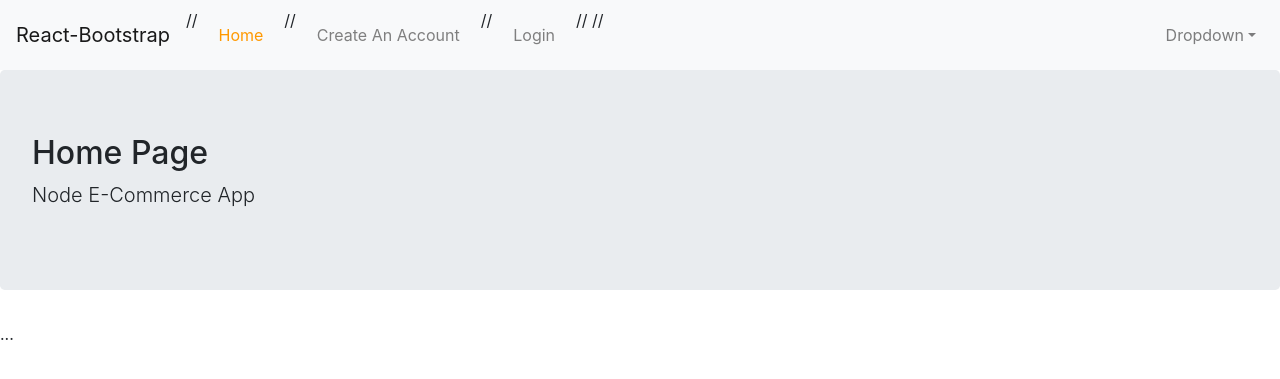
Repository: Awhit-commits/ecommerce_app_medium
Page: / (app in client/)
The author's editor kept a copy of each file at every save. The page is drawn from the files as they stood at one save, then again after the next save.
The browser window is 1280 px wide. The pictures show the whole page.
The project was rebuilt for these pictures with package versions that can differ from the ones it lists, and the page was loaded fresh each time. Also part of the build but not shown: client/src/App.css, client/src/component/Auth/Login/LoginForm.jsx, client/src/component/Auth/Sign Up/SignUpForm.jsx, client/src/component/Dashboard/UserDashboard.jsx, client/src/component/Auth/Private Route/PrivateRoute.jsx.

Above is the page before, as saved 2020-12-01 21:26:49.

### client/src/App.js
import React from 'react';
import logo from './logo.svg';
import './App.css';

import 'bootstrap/dist/css/bootstrap.min.css';
import AppContainer from './component/AppContainer';


function App() {
  return (
    <div className="">
     <AppContainer/>
    </div>
  );
}


export default App;

### client/src/component/AppContainer.jsx
import React from 'react'
import { BrowserRouter as Router,Switch,Route } from 'react-router-dom'
// import Login from './Auth/Login/Login'
import LoginForm from './Auth/Login/LoginForm'
// import Signup from './Auth/Sign Up/Signup'
import SignUpForm from './Auth/Sign Up/SignUpForm'
import Home from './Core/Home'
import NavBar from './NavBar/NavBar'
import UserDashboard from './Dashboard/UserDashboard'
import PrivateRoute from './Auth/Private Route/PrivateRoute'


export default function AppContainer() {

    return (
        <div>

            <Router>
                <NavBar/>
                <Switch>

            <Route path = "/" exact component = {Home}></Route>
            <Route path = "/signup"><SignUpForm/></Route>
            <Route path = "/login"><LoginForm/></Route>
            <PrivateRoute path="/dashboard"  exact component = {UserDashboard}/>
            </Switch>



    </Router>

        </div>
    )
}

### client/src/component/Core/Home.jsx
import React from 'react'
import Layout from './Layout'

const Home= () =>(

    <Layout title = "Home Page" description = "Node E-Commerce App">... </Layout>
)
export default Home

### client/src/component/NavBar/NavBar.jsx
import React, { Fragment } from 'react';
import {Link,withRouter} from 'react-router-dom';
import Navbar from "react-bootstrap/Navbar"
import Nav from "react-bootstrap/Nav";
import NavDropdown from "react-bootstrap/NavDropdown"
import Signup from '../Auth/Sign Up/Signup';
import Login from '../Auth/Login/Login';
import Button from 'react-bootstrap/esm/Button';

import {signOut,isAuthenicated} from '../Auth/index'
import UserDashboard from '../Dashboard/UserDashboard';

const isActive = (history,path)=>{
    if(history.location.pathname === path){
        return{color:"#ff9900"};
    }
    else{
        return{color:"#7F7F7F"};
    }
}

const Menu =({history})=> (
  //   <Navbar bg="light" expand="lg">
  // <Navbar.Brand href="/">React-Bootstrap</Navbar.Brand>
  // <Navbar.Toggle aria-controls="basic-navbar-nav" />
  // <Navbar.Collapse id="basic-navbar-nav">
  //   <Nav className="mr-auto">
  //     <Nav.Link href="/"><Button style = {isActive(history,"/")} variant = "">Home</Button></Nav.Link>
  //     {!isAuthenicated() && <Fragment> <Nav.Item><Nav.Link href="#" ><Button  style = {isActive(history,"/signup")} variant = ""><Signup /></Button></Nav.Link></Nav.Item>
  //    <Nav.Item> <Nav.Link href="#"><Button  style = {isActive(history,"/login")} variant = ""><Login /></Button></Nav.Link></Nav.Item>
  //    </Fragment>}

  //     {isAuthenicated() && (<Fragment><Nav.Item> <Nav.Link href="#" ><Button style = {isActive(history,"/signout")} variant ="" onClick = {()=>signOut(()=>{history.push("/")})}>Signout</Button></Nav.Link></Nav.Item>
  //     <Nav.Item><Nav.Link href = "/dashboard"><Button style = {isActive(history,"/dashboard")} variant ="">Dashboard</Button></Nav.Link></Nav.Item></Fragment>
  //     )}



  //   </Nav>
  //   </Navbar.Collapse>
  //   </Navbar>

  <Navbar bg="light" expand="lg">
  <Navbar.Brand href="#home">React-Bootstrap</Navbar.Brand>
  <Navbar.Toggle aria-controls="basic-navbar-nav" />
  <Navbar.Collapse id="basic-navbar-nav">
    <Nav className="mr-auto">
    //     <Nav.Link href="/"><Button style = {isActive(history,"/")} variant = "">Home</Button></Nav.Link>
  //     {!isAuthenicated() && <Fragment> <Nav.Item><Nav.Link href="#" ><Button  style = {isActive(history,"/signup")} variant = ""><Signup /></Button></Nav.Link></Nav.Item>
  //    <Nav.Item> <Nav.Link href="#"><Button  style = {isActive(history,"/login")} variant = ""><Login /></Button></Nav.Link></Nav.Item>
  //    </Fragment>}

  //     {isAuthenicated() && (<Fragment><Nav.Item> <Nav.Link href="#" ><Button style = {isActive(history,"/signout")} variant ="" onClick = {()=>signOut(()=>{history.push("/")})}>Signout</Button></Nav.Link></Nav.Item>
     <Nav.Item><Nav.Link href = "/dashboard"><Button style = {isActive(history,"/dashboard")} variant ="">Dashboard</Button></Nav.Link></Nav.Item></Fragment>
  )}
      </Nav>
      <Nav>
      <NavDropdown title="Dropdown" id="basic-nav-dropdown">
        <NavDropdown.Item href="#action/3.1">Action</NavDropdown.Item>
        <NavDropdown.Item href="#action/3.2">Another action</NavDropdown.Item>
        <NavDropdown.Item href="#action/3.3">Something</NavDropdown.Item>
        <NavDropdown.Divider />
        <NavDropdown.Item href="#action/3.4">Separated link</NavDropdown.Item>
      </NavDropdown>
    </Nav>
  </Navbar.Collapse>
</Navbar>
)
export default withRouter(Menu)

### client/src/component/Core/Layout.jsx
import React from 'react'
import Jumbotron from 'react-bootstrap/Jumbotron'

const Layout  = ({title = "Title",
description = "Description",
className,children} )=>(
    <div>
        <Jumbotron>
            <h2>{title}</h2>
            <p className = "lead"> {description}</p>
        </Jumbotron>
        <div className = {className}> {children}</div>
    </div>

)

export default Layout

### client/src/component/Auth/index.js


 export const authenticate = (data,next)=>
 {
     if(typeof window !=='undefined'){
         localStorage.setItem('jwt',JSON.stringify(data))
         next()
     }
 }

 export const signOut = async (next)=>{
     if(typeof window !== 'undefined'){
         localStorage.removeItem('jwt')
         next()
         let response = await fetch('/api/signout')
         let json = await response.json()
         console.log(json)

     }
 }

 export const isAuthenicated = ()=>{
     if (typeof window =='undefined'){
         return false
     }
     if (localStorage.getItem('jwt')){
         return JSON.parse(localStorage.getItem('jwt'))
     }
     else{
         return false
     }
 }

### client/src/component/Auth/Sign Up/Signup.jsx
import React, { useState } from "react";
import { Link } from "react-router-dom";

import Button from "react-bootstrap/Button";
import Modal from "react-bootstrap/Modal";
import Form from "react-bootstrap/Form";
import Alert from "react-bootstrap/Alert";
import Login from "../Login/Login";

function Signup() {
  const [show, setShow] = useState(false);
  // const [name, setName] = useState("");
  // const [email, setEmail] = useState("");
  // const [password, setPassword] = useState("");
  const [values, setValues] = useState({
    name: "",
    email: "",
    password: "",
    error: "",
    success: false,
  });
  const { name, email, password, success, error } = values;

  const handleClose = () => setShow(false);
  const handleShow = () => setShow(true);

  const handleChange = (name) => (event) => {
    setValues({ ...values, error: false, [name]: event.target.value });
  };
  const handleSubmission = async (event) => {
    event.preventDefault();
    let accountInfo = {
      name,
      email,
      password,
    };
    let response = await fetch("/api/signup", {
      method: "Post",
      headers: {
        Accept: "application/json",
        "Content-Type": "application/json",
      },
      body: JSON.stringify(accountInfo),
    });
    let json = await response.json();
    if (json.error) {
      console.log(json.error);
      setValues({ ...values, error: json.error, success: false });
    } else {
      setValues({
        ...values,
        name: "",
        email: "",
        passowrd: "",
        error: "",
        success: true,
      });
    }
  };
  const showError = () => (
    <Alert variant="danger" style={{ display: error ? "" : "none" }}>
      <p>{error}</p>
    </Alert>
  );
  const showSuccess = () => (
    <Alert variant="info" style={{ display: success ? "" : "none" }}>
      <p>
        New account was created. Please{" "}
        <Link>
          <Login />
        </Link>
        .
      </p>
    </Alert>
  );

  return (
    <>
      <span onClick={handleShow}>Create An Account</span>

      <Modal show={show} onHide={handleClose}>
        <Modal.Header closeButton>
          <Modal.Title>Create An Account</Modal.Title>
        </Modal.Header>
        <Modal.Body>
          {showError()}
          {showSuccess()}
          <Form>
            <Form.Group>
              <Form.Label>Name</Form.Label>
              <Form.Control
                type="text"
                placeholder="Your Name"
                onChange={handleChange("name")}
                value={name}
              />
            </Form.Group>
            <Form.Group controlId="formBasicEmail">
              <Form.Label>Email Address</Form.Label>
              <Form.Control
                type="email"
                placeholder="Email"
                onChange={handleChange("email")}
                value={email}
              />
            </Form.Group>
            <Form.Group controlId="formBasicPassword">
              <Form.Label>Password</Form.Label>
              <Form.Control
                type="password"
                placeholder="Password"
                onChange={handleChange("password")}
                value={password}
              />
              <Form.Text id="passwordHelpBlock" muted>
                Your password must be 6-32 characters long, contain letters and
                numbers, and must not contain spaces, special characters, or
                emoji.
              </Form.Text>
              <Form.Text className="" style={{ textAlign: "center" }}>
                Already have an account?{" "}
                <Link to="/login" onClick={handleClose}>
                  Click Here!
                </Link>
              </Form.Text>
            </Form.Group>
          </Form>
        </Modal.Body>
        <Modal.Footer>
          <Button variant="secondary" onClick={handleClose}>
            Close
          </Button>
          <Button variant="primary" onClick={(handleClose, handleSubmission)}>
            Submit
          </Button>
        </Modal.Footer>
      </Modal>
    </>
  );
}
export default Signup;

### client/src/component/Auth/Login/Login.jsx
import React, { useState } from "react";
import Button from "react-bootstrap/Button";
import Modal from "react-bootstrap/Modal";
import Form from "react-bootstrap/Form"
import Alert from "react-bootstrap/Alert"
import { Link,Redirect } from 'react-router-dom'
import{authenticate as authenticate,isAuthenicated} from '../index'

function Login() {
  const [show, setShow] = useState(false);
  const [values, setValues] = useState({email:"",password:"",error:"",loading:false,redirectToReferrer:false})

  const handleClose = () => setShow(false);
  const handleShow = () => setShow(true);
  const {email,password,error,loading,redirectToReferrer} = values

  const handleChange = (name) => (event) => {
    setValues({ ...values, error: false, [name]: event.target.value });
  };

  const {user} = isAuthenicated();

  const handleLogin = async (event)=>{
     let loginInfo = {
          email:email,
          password:password
      }
      event.preventDefault();
       let response =  await fetch("/api/login",{
           method:"Post",
           headers:{
               "Accept":"application/json",
               "Content-Type":"application/json"
           },
           body:JSON.stringify(loginInfo)
       })
      let json = await response.json();
      console.log(json);
      setValues({...values,error:false,loading:true})
      if(json.error){
        setValues({...values,error:json.error,loading:false,redirectToReferrer:false})
    }
    else{
      authenticate(json,()=>{
        setValues ({...values,redirectToReferrer:true})
      })

        handleClose()
    }
  }
  const showError = () => (
    <Alert variant="danger" style={{ display: error ? "" : "none" }}>
      <p>{error}</p>
    </Alert>
  );
const showLoading  = ()=>(
  loading && (<Alert variant ="info"><h2>Loading...</h2></Alert>)
)

const redirectUser = ()=>{
  if(redirectToReferrer){
    if(user && user.role ===1){
      return (<Redirect to = "/admin/dashboard"/>)
    }
    else{
      return ( <Redirect to = "/dashboard"/>)
    }


  }
}
  return (
    <>
       <span onClick={handleShow}>
        Login</span>


      <Modal show={show} onHide={handleClose}>
        <Modal.Header closeButton>
          <Modal.Title>Login</Modal.Title>
        </Modal.Header>
        <Modal.Body>

            <Form>
            {redirectUser()}
          {showLoading()}
              {showError()}
                <Form.Group controlId = "formBasicEmail" >
                    <Form.Label>
                        Email Address
                    </Form.Label>
                    <Form.Control  onChange =  {handleChange('email')} value = {email} type = "email" placeholder = "Enter email"/>




                </Form.Group>
            <Form.Group controlId= "formBasicPassword" >
                    <Form.Label>
                        Password
                    </Form.Label>
                    <Form.Control type = "password" placeholder = "Password" onChange = {handleChange('password')} value = {password}/>
                    <Form.Text className="" style={{ textAlign: "center" }}>
                Need to create an account?{" "}
                <Link to="/signup" onClick={handleClose}>
                  Click Here!
                </Link>
              </Form.Text>
                </Form.Group>
            </Form>
        </Modal.Body>
        <Modal.Footer>
          <Button variant="secondary" onClick={handleClose}>
            Close
          </Button>
          <Button variant="primary" onClick={handleLogin}>
            Submit
          </Button>
        </Modal.Footer>
      </Modal>
    </>
  );
}
export default Login;

Loaded but not shown: client/public/index.html (common file); client/src/index.js (common file); client/src/index.css (common file); client/src/serviceWorker.js (common file)

After the next save:
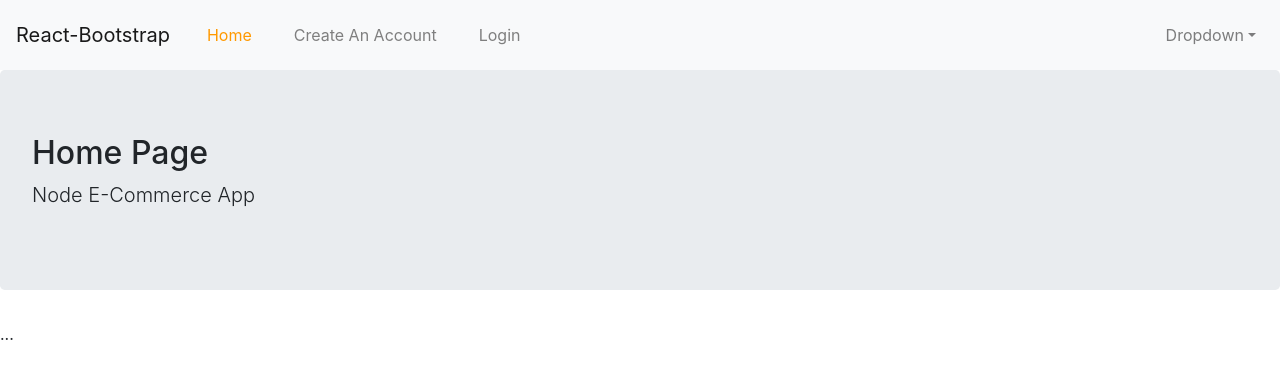
Saved 8 s later.
--- a/client/src/component/NavBar/NavBar.jsx
+++ b/client/src/component/NavBar/NavBar.jsx
@@ -45,12 +45,12 @@ const Menu =({history})=> (
   <Navbar.Toggle aria-controls="basic-navbar-nav" />
   <Navbar.Collapse id="basic-navbar-nav">
     <Nav className="mr-auto">
-    //     <Nav.Link href="/"><Button style = {isActive(history,"/")} variant = "">Home</Button></Nav.Link>
-  //     {!isAuthenicated() && <Fragment> <Nav.Item><Nav.Link href="#" ><Button  style = {isActive(history,"/signup")} variant = ""><Signup /></Button></Nav.Link></Nav.Item>
-  //    <Nav.Item> <Nav.Link href="#"><Button  style = {isActive(history,"/login")} variant = ""><Login /></Button></Nav.Link></Nav.Item>
-  //    </Fragment>}
+       <Nav.Link href="/"><Button style = {isActive(history,"/")} variant = "">Home</Button></Nav.Link>
+     {!isAuthenicated() && <Fragment> <Nav.Item><Nav.Link href="#" ><Button  style = {isActive(history,"/signup")} variant = ""><Signup /></Button></Nav.Link></Nav.Item>
+      <Nav.Item> <Nav.Link href="#"><Button  style = {isActive(history,"/login")} variant = ""><Login /></Button></Nav.Link></Nav.Item>
+     </Fragment>}
 
-  //     {isAuthenicated() && (<Fragment><Nav.Item> <Nav.Link href="#" ><Button style = {isActive(history,"/signout")} variant ="" onClick = {()=>signOut(()=>{history.push("/")})}>Signout</Button></Nav.Link></Nav.Item>
+       {isAuthenicated() && (<Fragment><Nav.Item> <Nav.Link href="#" ><Button style = {isActive(history,"/signout")} variant ="" onClick = {()=>signOut(()=>{history.push("/")})}>Signout</Button></Nav.Link></Nav.Item>
      <Nav.Item><Nav.Link href = "/dashboard"><Button style = {isActive(history,"/dashboard")} variant ="">Dashboard</Button></Nav.Link></Nav.Item></Fragment>
   )}
       </Nav>
